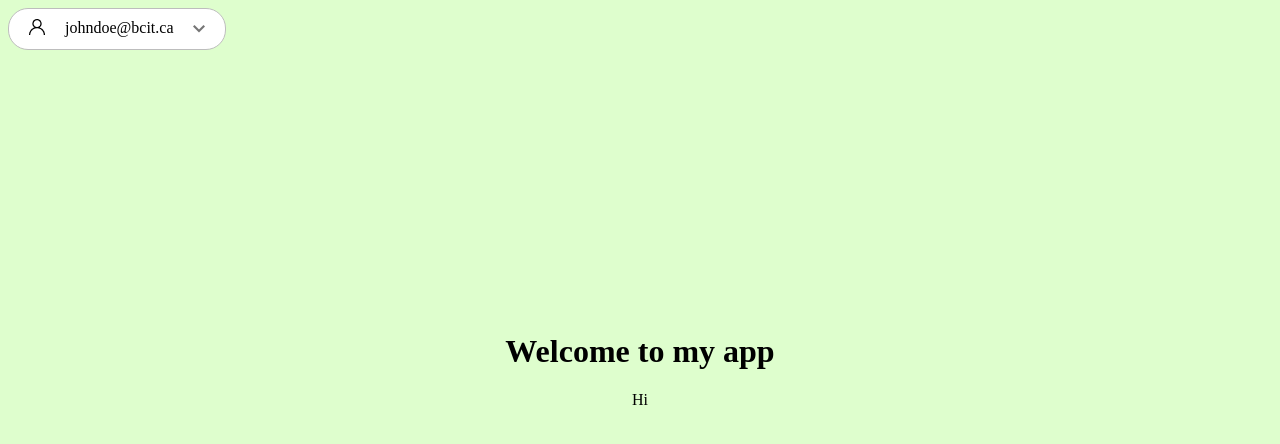
Repository: kerudai/mdiat3126nextapp
Page: /
An editor plug-in stored every save of this project. The page is shown before and after the next save, followed by the edit.
The browser window is 1280 px wide. The pictures show the whole page.
The project was rebuilt for these pictures with package versions that can differ from the ones it lists, and the page was loaded fresh each time. The framework's server and built-in components were replaced by stand-ins that run in the browser.

Above is the page before, as saved 2020-09-30 00:10:06.

### pages/_app.js
import './app.scss';

function MyApp({ Component, pageProps }) {
  return <Component {...pageProps} />
}

export default MyApp

### pages/index.js
import React, {useState} from 'react';
import Menu from '../comps/Menu';
import Content from '../comps/Content';

export default function Home() {
  const [contentColor, setContentColor] = useState(false);
  const [contentImage, setContentImage] = useState(false);
  const [contentTxtColor, setContentTxtColor] = useState(false);
  const [contentH1Txt, setContentH1Txt] = useState("Welcome to my app");

  const HandleMenu = (str) => {
    //capture what happened in the menu and change the page state based on it
    //alert(str);
    if (str === "bg"){
      setContentColor("#DCA877");
    } else if  (str === "img") {
      setContentImage("mario.jpg");
      setContentTxtColor("white");
    } else if (str === "help") {
      setContentH1Txt("HI!")
    }
  }

  return <div className="home">
    <div className="content">
      <Content bgcolor={contentColor} bgimage={contentImage} txtcolor={contentTxtColor}>
        <h1>{contentH1Txt}</h1>
        <div>Hi</div>
      </Content>
    </div>
    <div className="menu">
      <Menu onMenuSelect={HandleMenu}/>
    </div>
  </div>

}

### pages/app.scss
$fs:18px;

@mixin flexIt {
    display:flex;
    align-items: center;
    justify-content: center;
}

@import './index.scss';

### comps/Menu/index.js
import React, {useState, useEffect} from 'react';
import styled from 'styled-components';

const Container = styled.div`
    display: inline-flex;
    flex-direction: column;
`;
const DropDownMenu = styled.div`
    border: 1px solid #BDBDBD;
    box-sizing: border-box;
    border-radius: 20px;
    display: inline-flex;
    justify-content: center:
    align-items: center;
    cursor: pointer;
    background-color: #FFF;
    transition: background-color 0.5s;
    &:hover {
        background-color: #DDD;
    }
`;

const DropDownBox = styled.div`
width: 100%;
padding: 10px;
display: flex;
div {
    margin: 0 10px;
}
`;

const Expand = styled.div`
    background: #FFFFFF;
    border: 1px solid #EAEAEA;
    box-sizing: border-box;
    box-shadow: 5px 0px 18px rgba(0, 0, 0, 0.08);
    display: ${props=>props.expanded ? "inline-flex" : "hidden"};
    height: ${props=>props.expanded ? "auto" : "0px"};
    font-size: ${props=>props.expanded ? "18px" : "0px"};
    opacity: ${props=>props.expanded ? 1 : 0};
    transition: opacity 0.5s;
    flex-direction: column;
    margin-top: 10px;
    div {
        padding: ${props=>props.expanded ? "10px 15px" : "0px"};
        margin: ${props=>props.expanded ? "5px 0" : "0px"};
        cursor: pointer;
        &:hover {
            background-color:#DDD;
        }
    }
`;

//To let the dropdown arrow rotate
const ExpandImg = styled.img`

`;

const Menu = ({expand, onMenuSelect}) => {
    const [expanded, setExpanded] = useState(false);

    useEffect(()=>{
        setExpanded(expand);
    },[expand])

    return <Container>
        <DropDownMenu onClick = {()=>{
            setExpanded(!expanded);
        }}>
            <DropDownBox>
                <div><img src="/user.png" /></div>
                <div>johndoe@bcit.ca</div>
                <div><ExpandImg src="/expand.png" /></div>
            </DropDownBox>
        </DropDownMenu>
        <Expand expanded = {expanded}>
            <div onClick={()=>{
                onMenuSelect("bg");
            }}>Change BG Color</div>
            <div onClick={()=>{
                onMenuSelect("img");
            }}>Change BG Image</div>
            <div onClick={()=>{
                onMenuSelect("help");
            }}>Help</div>
        </Expand>
    </Container>
}

Menu.defaultProps = {
    expand: false
}

export default Menu;

### comps/Content/index.js
import React from 'react';
import styled from 'styled-components';

const Container = styled.div`
    width: 100%;
    height: 100%;
    background-color: ${props=>props.bgcolor ? props.bgcolor : "#DEFECD"};
    background-image: url("/${props=>props.bgimage ? props.bgimage : ""}");
    color: ${props=>props.txtcolor ? props.txtcolor : "black"};
    min-width: 10px;
    min-height: 10px;
`;

const Content = ({children, bgcolor, bgimage, txtcolor}) => {
    return <Container bgcolor={bgcolor} bgimage={bgimage} txtcolor={txtcolor}>
        {children}
    </Container>
}

Content.defaultProps = {
    bgcolor: "#DEFECD",
    bgimage: "",
    txtcolor: "black",
    children: {}
}

export default Content;

### pages/index.scss
.home {
    .menu {
        position: relative;
        z-index: 1;
    }
    .content {
        position: fixed;
        left: 0;
        top: 0;
        width: 100vw;
        height: 100vh;
        z-index: -1;

        & > div {
            @include flexIt();
            flex-direction: column  ;
        }
    }
}

After the next save:
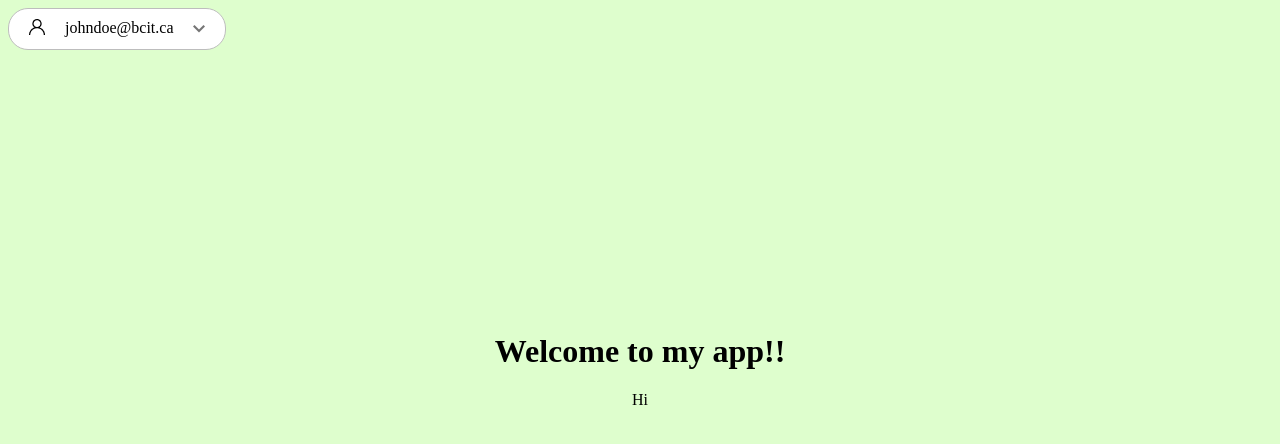
Saved 14 s later.
--- a/pages/index.js
+++ b/pages/index.js
@@ -6,7 +6,7 @@ export default function Home() {
   const [contentColor, setContentColor] = useState(false);
   const [contentImage, setContentImage] = useState(false);
   const [contentTxtColor, setContentTxtColor] = useState(false);
-  const [contentH1Txt, setContentH1Txt] = useState("Welcome to my app");
+  const [contentH1Txt, setContentH1Txt] = useState("Welcome to my app!!");
 
   const HandleMenu = (str) => {
     //capture what happened in the menu and change the page state based on it
